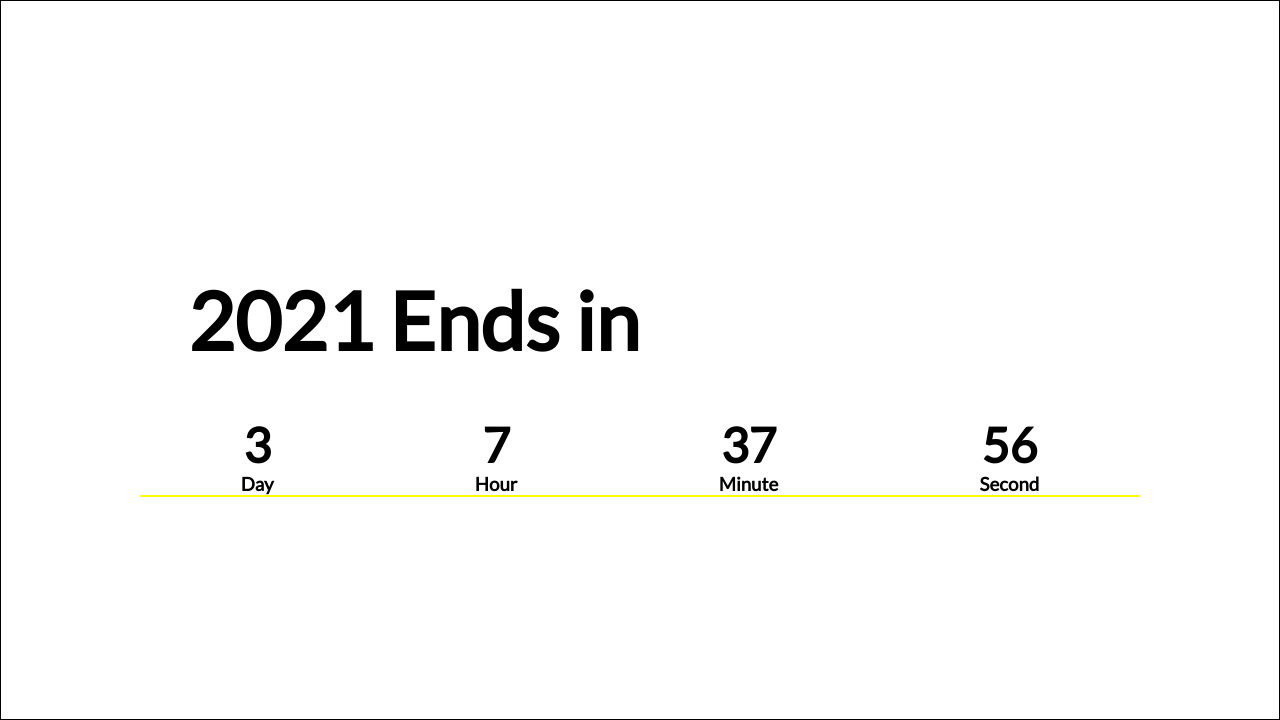
Repository: PratypartyY2K/JavaScript-Projects
Page: Countdown/index.html
The author's editor kept a copy of each file at every save. The page is drawn from the files as they stood at one save, then again after the next save.
The browser window is 1280 px wide. The pictures show the whole page.
Pictures or frames that could not be fetched are drawn as grey boxes.

Above is the page before, as saved 2021-07-04 08:48:59.

### Countdown/index.html
<!DOCTYPE html>
<html lang="en">

<head>
    <meta charset="UTF-8">
    <meta http-equiv="X-UA-Compatible" content="IE=edge">
    <meta name="viewport" content="width=device-width, initial-scale=1.0">
    <title>Countdown</title>
    <link rel="preconnect" href="https://fonts.gstatic.com">
    <link href="https://fonts.googleapis.com/css2?family=Lato&display=swap" rel="stylesheet">
    <link rel="stylesheet" href="styles.css">
</head>

<body>
    <section class="coming-soon">
        <div>
            <h2>2021 Ends in</h2>
            <div class="countdown">
                <div class="container-day">
                    <h3 class="day">Time</h3>
                    <h3>Day</h3>
                </div>
                <div class="container-hour">
                    <h3 class="hour">Time</h3>
                    <h3>Hour</h3>
                </div>
                <div class="container-minute">
                    <h3 class="minute">Time</h3>
                    <h3>Minute</h3>
                </div>
                <div class="container-second">
                    <h3 class="second">Time</h3>
                    <h3>Second</h3>
                </div>
            </div>
            <div class="countdown-image"></div>
        </div>
    </section>
    <script src="app.js"></script>
</body>

</html>

### Countdown/styles.css
* {
    margin: 0;
    padding: 0;
    box-sizing: border-box;
}

body {
    font-family: "Lato", sans-serif;
}

h2 {
    font-size: 5rem;
    font-weight: bold;
    padding: 3rem;
}

.coming-soon {
    min-height: 100vh;
    display: flex;
    flex-direction: column;
    align-items: center;
    justify-content: space-around;
    border: 1px solid black;
}

.countdown {
    display: flex;
    justify-content: space-around;
    text-align: center;
}

.day,.hour,.minute,.second {
    font-size: 3rem;
}

.countdown-image {

    width: 1000px;
    background-image: url(https://cdn.pixabay.com/photo/2019/12/07/04/24/doodle-4678658_960_720.png);


    border: 1px solid yellow;
}

### Countdown/app.js
const countdown = () => {
    const countDate = new Date('May 17, 2021 00:00:00').getTime();
    const now = new Date().getTime();
    const gap  = countDate - now;

    const second = 1000;
    const minute = second * 60;
    const hour = minute * 60;
    const day = hour * 24;

    const textDay = Math.floor(gap / day);
    const textHour = Math.floor((gap % day)/hour);
    const textMinute = Math.floor((gap % hour)/minute);
    const textSecond = Math.floor((gap % minute)/second);

    document.querySelector('.day').innerText = textDay;
    document.querySelector('.hour').innerText = textHour;
    document.querySelector('.minute').innerText = textMinute;
    document.querySelector('.second').innerText = textSecond;
};

setInterval(countdown, 1000);

After the next save:
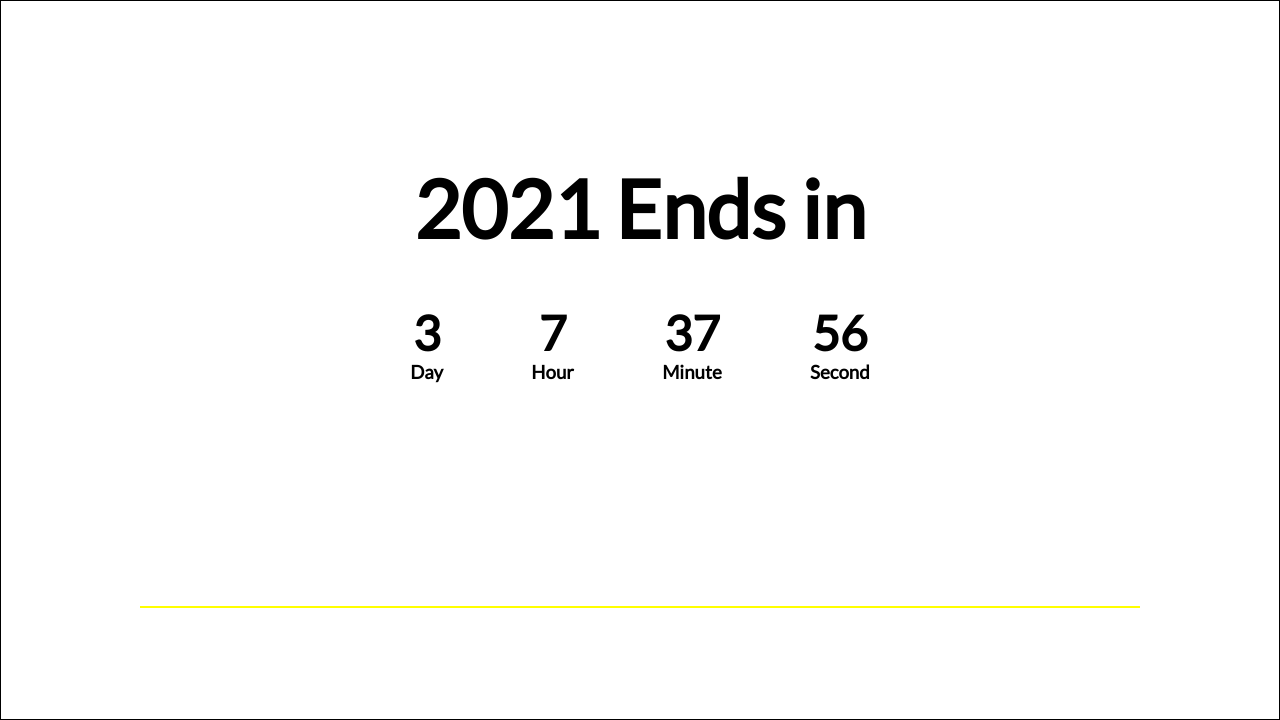
Saved 29 s later.
--- a/Countdown/index.html
+++ b/Countdown/index.html
@@ -33,8 +33,9 @@
                     <h3>Second</h3>
                 </div>
             </div>
-            <div class="countdown-image"></div>
+
         </div>
+        <div class="countdown-image"></div>
     </section>
     <script src="app.js"></script>
 </body>
